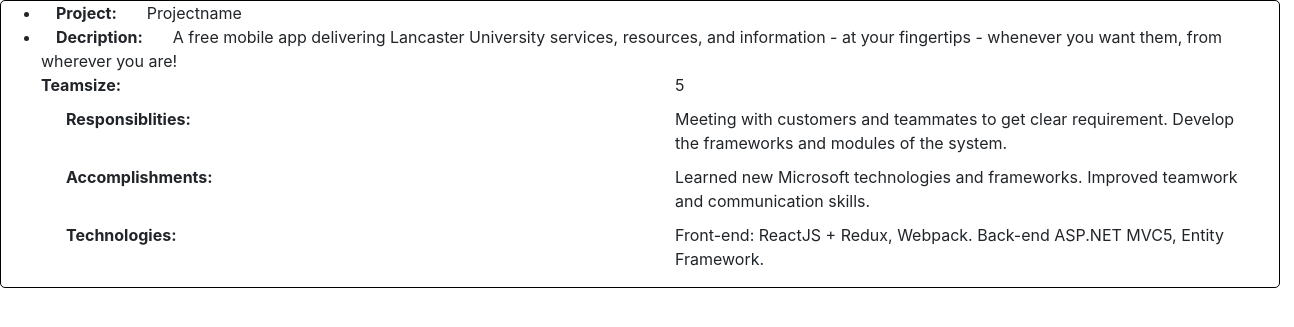
Repository: khoibanh113/mycv
Page: /
The author's editor kept a copy of each file at every save. The page is drawn from the files as they stood at one save, then again after the next save.
The browser window is 1280 px wide. The page is 1294 px wide, then 1280 px, so the pictures cover 1294 px, including what lies to the right of the window. The pictures show the whole page.
The project was rebuilt for these pictures with package versions that can differ from the ones it lists, and the page was loaded fresh each time. Also part of the build but not shown: src/css/avatar.css, src/component/avatar.js, src/css/contact.css, src/component/contact.js, src/component/study.js.

Above is the page before, as saved 2021-03-31 13:13:40.

After the next save:
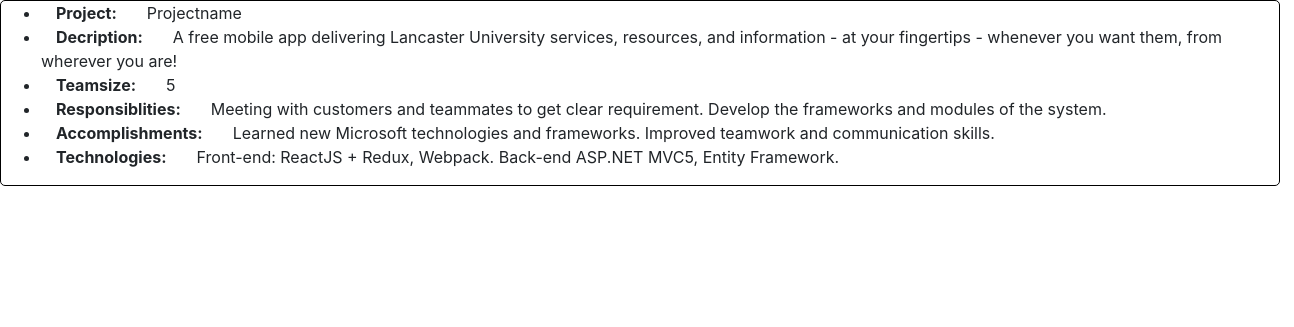
Saved 5 min 54 s later.
--- a/src/component/experience.js
+++ b/src/component/experience.js
@@ -17,21 +17,21 @@
                         A free mobile app delivering Lancaster University services, resources, and information - at your fingertips - whenever you want them, from wherever you are!
                         </span>
                     </li>
-                    <li className='row'>
+                    <li>
                         <b className="col">Teamsize:</b>
                         <span className="col">5</span>
                     </li>
-                    <li className='row row-experience'>
+                    <li>
                         <b className="col">Responsiblities:</b>
                         <span className="col">Meeting with customers and teammates to get clear requirement. Develop the frameworks and modules of the system.</span>
                     </li>
-                    <li className='row row-experience'>
+                    <li>
                         <b className="col">Accomplishments:</b>
                         <span className="col">Learned new Microsoft technologies and frameworks. Improved teamwork and communication skills.</span>
                     </li>
-                    <li className='row row-experience'>
-                        <b className="col">Technologies:</b>
-                        <span className="col">Front-end: ReactJS + Redux, Webpack. Back-end ASP.NET MVC5, Entity Framework.</span>
+                    <li>
+                    <b className="col">Technologies:</b>
+                    <span className="col">Front-end: ReactJS + Redux, Webpack. Back-end ASP.NET MVC5, Entity Framework.</span>
                     </li>
                 </ul>
 
